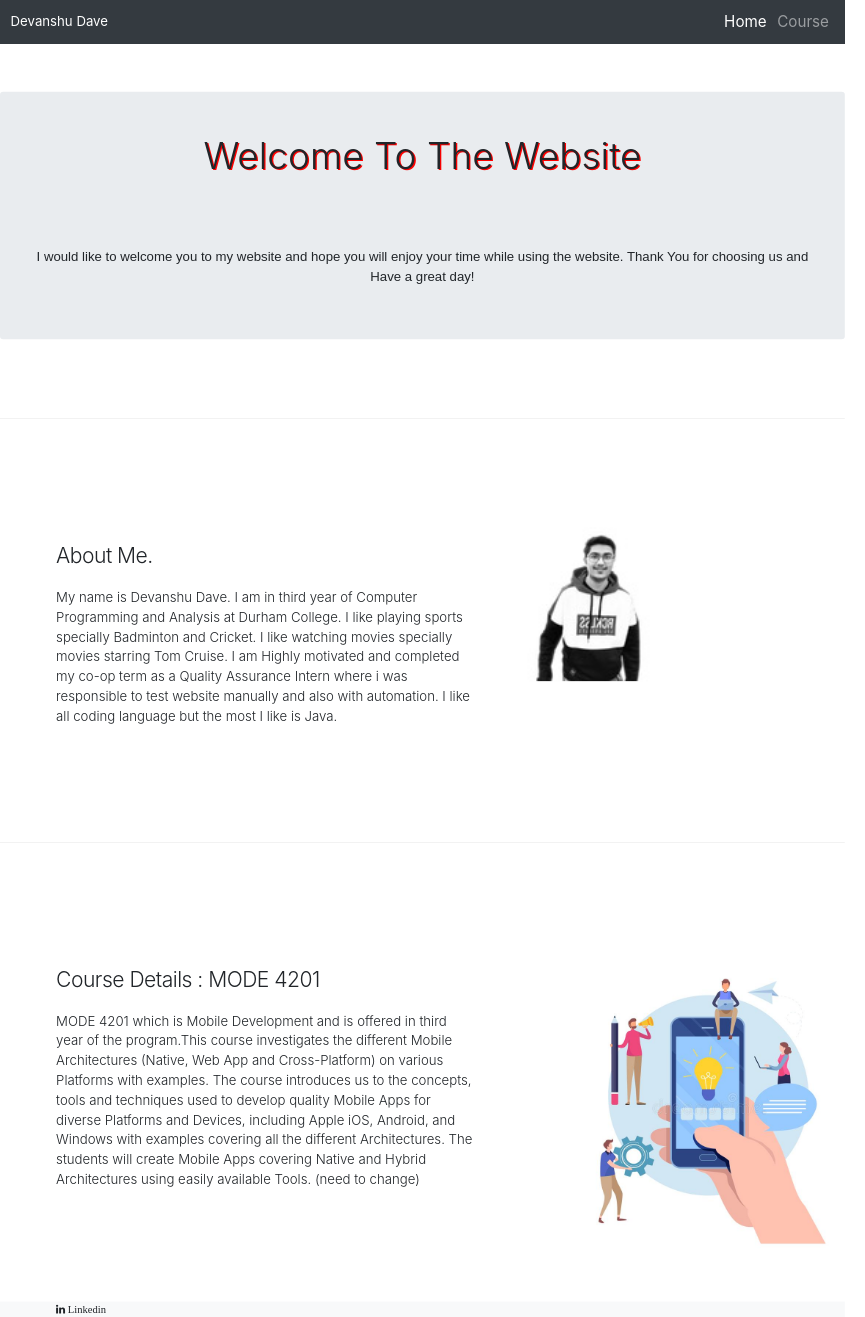
Repository: devanshudave1901/Mobile-Dev-Website
Page: index.html
An editor plug-in stored every save of this project. The page is shown before and after the next save, followed by the edit.
The browser window is 1280 px wide. The page is 1310 px wide, so the pictures cover 1310 px, including what lies to the right of the window. The pictures show the whole page, at 66% of full size.
Some web libraries are served in a nearby version.

Above is the page before, as saved 2022-10-05 01:51:28.

### index.html
<!DOCTYPE html>
<html lang="en">
  <head>
    <meta charset="UTF-8" />
    <meta http-equiv="X-UA-Compatible" content="IE=edge" />
    <meta name="viewport" content="width=device-width, initial-scale=1.0" />
    <link
      rel="stylesheet"
      href="https://cdn.jsdelivr.net/npm/bootstrap@4.0.0/dist/css/bootstrap.min.css"
      integrity="sha384-Gn5384xqQ1aoWXA+058RXPxPg6fy4IWvTNh0E263XmFcJlSAwiGgFAW/dAiS6JXm"
      crossorigin="anonymous"
    />
    <link
      href="https://maxcdn.bootstrapcdn.com/font-awesome/4.2.0/css/font-awesome.min.css"
      rel="stylesheet"
    />

    <style>
      .navbar-nav {
        margin-left: auto;
        font-size: 23px;
      }
      .welcomeHeading {
        text-shadow: 2px 2px red;
        text-align: center;
      }
      .welcomeText {
        text-align: center;
        font-family: "Sofia", sans-serif;
      }
      .featurette-heading {
        font-weight: 300;
        line-height: 1;
        letter-spacing: -0.05rem;
        margin-top: 20%;
      }
      .profileIamge {
        width: 250px;

        left: 300px;
      }
      .mobileDevProfile {
        margin-top: 10%;
        left: 100px;
      }
    </style>
    <script
      src="https://code.jquery.com/jquery-3.2.1.slim.min.js"
      integrity="sha384-KJ3o2DKtIkvYIK3UENzmM7KCkRr/rE9/Qpg6aAZGJwFDMVNA/GpGFF93hXpG5KkN"
      crossorigin="anonymous"
    ></script>
    <script
      src="https://cdn.jsdelivr.net/npm/popper.js@1.12.9/dist/umd/popper.min.js"
      integrity="sha384-ApNbgh9B+Y1QKtv3Rn7W3mgPxhU9K/ScQsAP7hUibX39j7fakFPskvXusvfa0b4Q"
      crossorigin="anonymous"
    ></script>
    <script
      src="https://cdn.jsdelivr.net/npm/bootstrap@4.0.0/dist/js/bootstrap.min.js"
      integrity="sha384-JZR6Spejh4U02d8jOt6vLEHfe/JQGiRRSQQxSfFWpi1MquVdAyjUar5+76PVCmYl"
      crossorigin="anonymous"
    ></script>
    <title>Mobile Development - Lab 2</title>
  </head>
  <body>
    <nav class="navbar sticky-top navbar-expand-lg navbar-dark bg-dark">
      <a class="navbar-brand" href="#">Devanshu Dave</a>

      <div class="collapse navbar-collapse" id="navbarNavDropdown">
        <ul class="navbar-nav" mr-auto>
          <li class="nav-item active">
            <a class="nav-link" href="./index.html"
              >Home <span class="sr-only">(current)</span></a
            >
          </li>
          <li class="nav-item">
            <a class="nav-link" href="./course.html">Course</a>
          </li>
        </ul>
      </div>
    </nav>
    <br />
    <br />
    <br />
    <div class="jumbotron">
      <h1 class="display-4 welcomeHeading">Welcome To The Website</h1>
      <br />
      <br />
      <br />
      <br />
      <p class="lead welcomeText">
        I would like to welcome you to my website and hope you will enjoy your
        time while using the website. Thank You for choosing us and Have a great
        day!
      </p>
    </div>
    <br />
    <br />
    <br />
    <hr />
    <div class="container marketing">
      <br />
      <br />
      <div class="row featurette">
        <div class="col-md-7">
          <h2 class="featurette-heading">About Me.</h2>
          <br />
          <p class="lead">
            My name is Devanshu Dave. I am in third year of Computer Programming
            and Analysis at Durham College. I like playing sports specially
            Badminton and Cricket. I like watching movies specially movies
            starring Tom Cruise. I am Highly motivated and completed my co-op
            term as a Quality Assurance Intern where i was responsible to test
            website manually and also with automation. I like all coding
            language but the most I like is Java.
          </p>
        </div>
        <div class="col-md-5">
          <img
            class="featurette-image img-fluid profileIamge"
            src="./image/devProfile.JPG"
          />
        </div>
      </div>
      <br />
      <br />
      <br />
    </div>
    <br />
    <br />
    <br />
    <hr />
    <div class="container marketing">
      <br />
      <br />
      <div class="row featurette">
        <div class="col-md-7">
          <h2 class="featurette-heading">Course Details : MODE 4201</h2>
          <br />
          <p class="lead">
            MODE 4201 which is Mobile Development and is offered in third year
            of the program.This course investigates the different Mobile
            Architectures (Native, Web App and Cross-Platform) on various
            Platforms with examples. The course introduces us to the concepts,
            tools and techniques used to develop quality Mobile Apps for diverse
            Platforms and Devices, including Apple iOS, Android, and Windows
            with examples covering all the different Architectures. The students
            will create Mobile Apps covering Native and Hybrid Architectures
            using easily available Tools. (need to change)
          </p>
        </div>
        <div class="col-md-5 mobileDevProfile">
          <img class="featurette-image img-fluid" src="./image/mobileDev.jpg" />
        </div>
      </div>
      <br />
      <br />
      <br />
    </div>

    <footer class="footer bg-light">
      <div class="container">
        <i class="fa fa-brands fa-linkedin"> Linkedin</i>
      </div>
    </footer>
  </body>
</html>

After the next save:
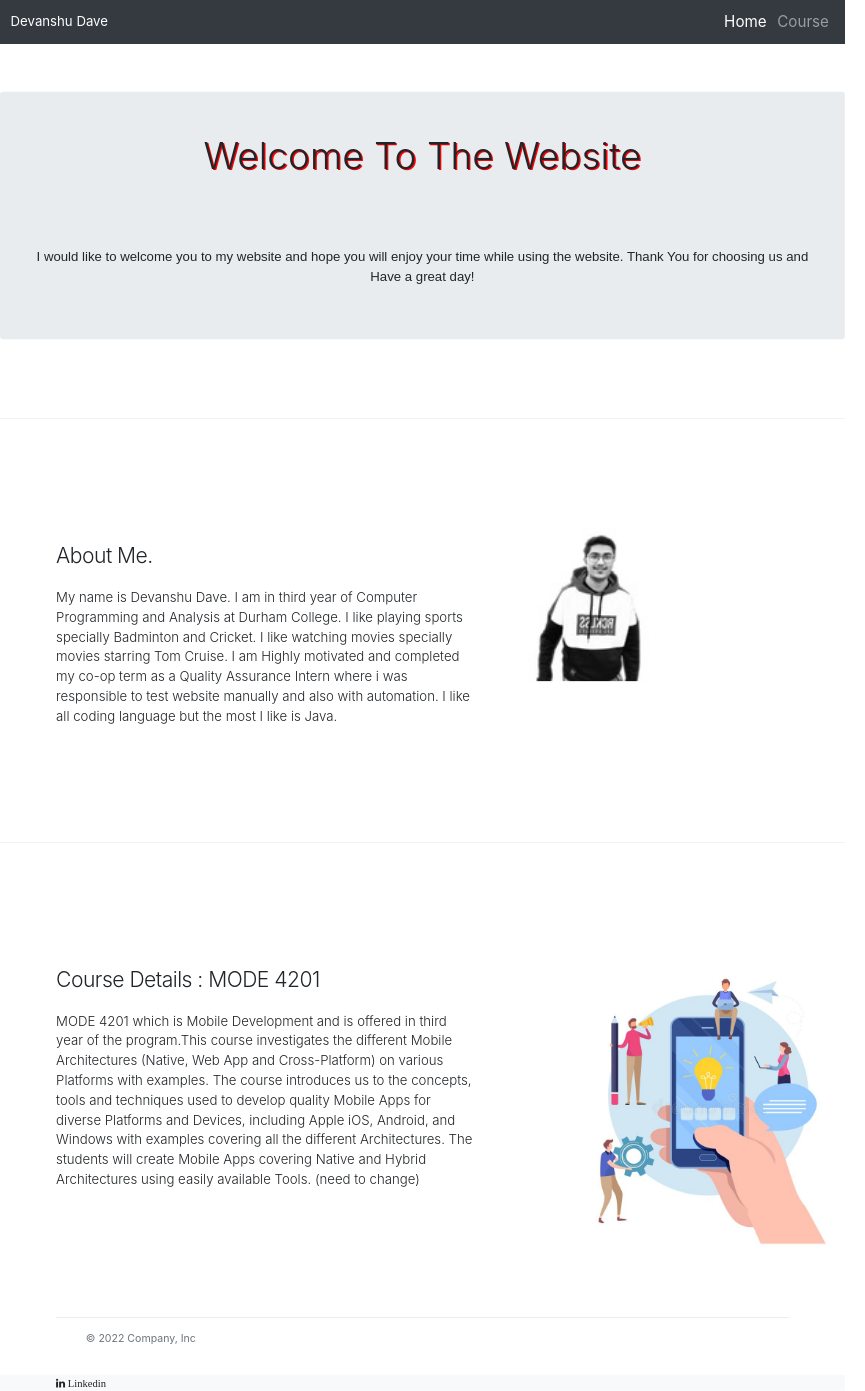
Saved 105 s later.
--- a/index.html
+++ b/index.html
@@ -156,6 +156,44 @@
       <br />
       <br />
     </div>
+    <div class="container">
+      <footer
+        class="d-flex flex-wrap justify-content-between align-items-center py-3 my-4 border-top"
+      >
+        <div class="col-md-4 d-flex align-items-center">
+          <a
+            href="/"
+            class="mb-3 me-2 mb-md-0 text-muted text-decoration-none lh-1"
+          >
+            <svg class="bi" width="30" height="24">
+              <use xlink:href="#bootstrap" />
+            </svg>
+          </a>
+          <span class="mb-3 mb-md-0 text-muted">&copy; 2022 Company, Inc</span>
+        </div>
+
+        <ul class="nav col-md-4 justify-content-end list-unstyled d-flex">
+          <li class="ms-3">
+            <a class="text-muted" href="#"
+              ><svg class="bi" width="24" height="24">
+                <use xlink:href="#twitter" /></svg
+            ></a>
+          </li>
+          <li class="ms-3">
+            <a class="text-muted" href="#"
+              ><svg class="bi" width="24" height="24">
+                <use xlink:href="#instagram" /></svg
+            ></a>
+          </li>
+          <li class="ms-3">
+            <a class="text-muted" href="#"
+              ><svg class="bi" width="24" height="24">
+                <use xlink:href="#facebook" /></svg
+            ></a>
+          </li>
+        </ul>
+      </footer>
+    </div>
 
     <footer class="footer bg-light">
       <div class="container">

After the save that followed:
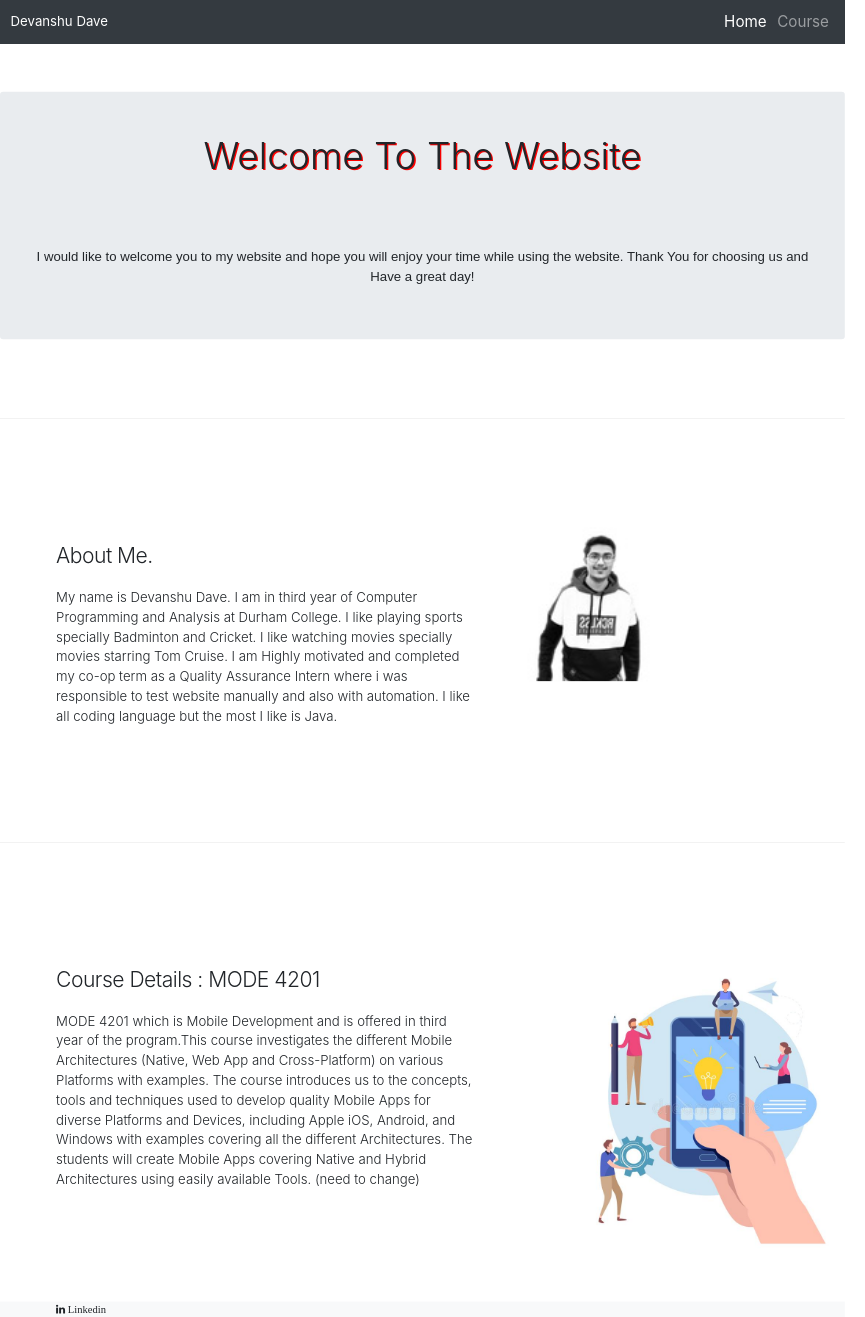
Saved 22 s later.
--- a/index.html
+++ b/index.html
@@ -156,44 +156,6 @@
       <br />
       <br />
     </div>
-    <div class="container">
-      <footer
-        class="d-flex flex-wrap justify-content-between align-items-center py-3 my-4 border-top"
-      >
-        <div class="col-md-4 d-flex align-items-center">
-          <a
-            href="/"
-            class="mb-3 me-2 mb-md-0 text-muted text-decoration-none lh-1"
-          >
-            <svg class="bi" width="30" height="24">
-              <use xlink:href="#bootstrap" />
-            </svg>
-          </a>
-          <span class="mb-3 mb-md-0 text-muted">&copy; 2022 Company, Inc</span>
-        </div>
-
-        <ul class="nav col-md-4 justify-content-end list-unstyled d-flex">
-          <li class="ms-3">
-            <a class="text-muted" href="#"
-              ><svg class="bi" width="24" height="24">
-                <use xlink:href="#twitter" /></svg
-            ></a>
-          </li>
-          <li class="ms-3">
-            <a class="text-muted" href="#"
-              ><svg class="bi" width="24" height="24">
-                <use xlink:href="#instagram" /></svg
-            ></a>
-          </li>
-          <li class="ms-3">
-            <a class="text-muted" href="#"
-              ><svg class="bi" width="24" height="24">
-                <use xlink:href="#facebook" /></svg
-            ></a>
-          </li>
-        </ul>
-      </footer>
-    </div>
 
     <footer class="footer bg-light">
       <div class="container">
